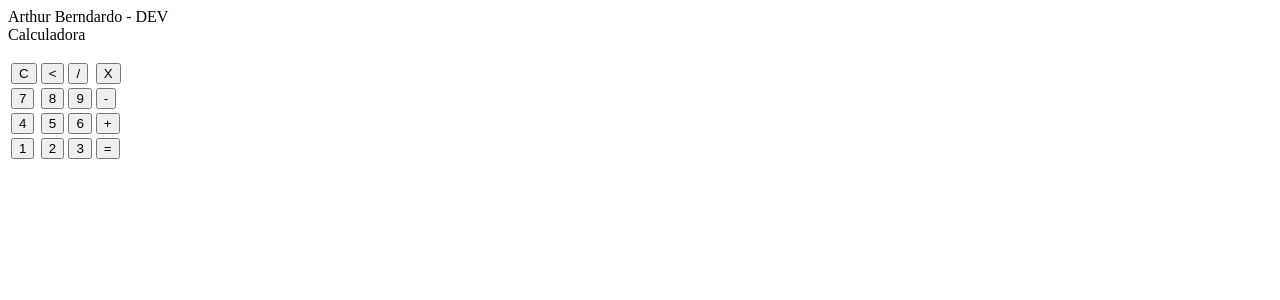
Repository: oThurDev/calculadora
Page: calculadora.html
The author's editor kept a copy of each file at every save. The page is drawn from the files as they stood at one save, then again after the next save.
The browser window is 1280 px wide. The pictures show the whole page.

Above is the page before, as saved 2022-02-25 15:18:58.

### calculadora.html
<!DOCTYPE html>
<html lang="en">
<head>
    <meta charset="UTF-8">
    <meta name="viewport" content="width=device-width, initial-scale=1.0">
    <title>Calculadora</title>
</head>
<body>
    <div class="fundo">
        <span>Arthur Berndardo - DEV</span>
        <div class="calculadora">
            <span>Calculadora</span>
            <p id="resultado"></p>
            <table>
                <tr>
                    <td><button>C</button></td>
                    <td><button><</button></td>
                    <td><button>/</button></td>
                    <td><button>X</button></td>
                </tr>
                <tr>
                    <td><button>7</button></td>
                    <td><button>8</button></td>
                    <td><button>9</button></td>
                    <td><button>-</button></td>
                </tr>
                <tr>
                    <td><button>4</button></td>
                    <td><button>5</button></td>
                    <td><button>6</button></td>
                    <td><button>+</button></td>
                </tr>
                <tr>
                    <td><button>1</button></td>
                    <td><button>2</button></td>
                    <td><button>3</button></td>
                    <td><button>=</button></td>
                </tr>
            </table>
        </div>
    </div>
</body>
</html>

After the next save:
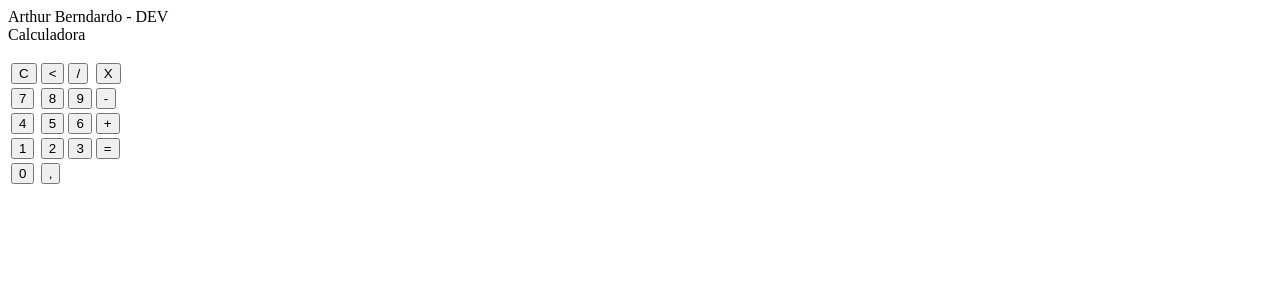
Saved 28 s later.
--- a/calculadora.html
+++ b/calculadora.html
@@ -36,6 +36,10 @@
                     <td><button>3</button></td>
                     <td><button>=</button></td>
                 </tr>
+                <tr>
+                    <td><button>0</button></td>
+                    <td><button>,</button></td>
+                </tr>
             </table>
         </div>
     </div>
